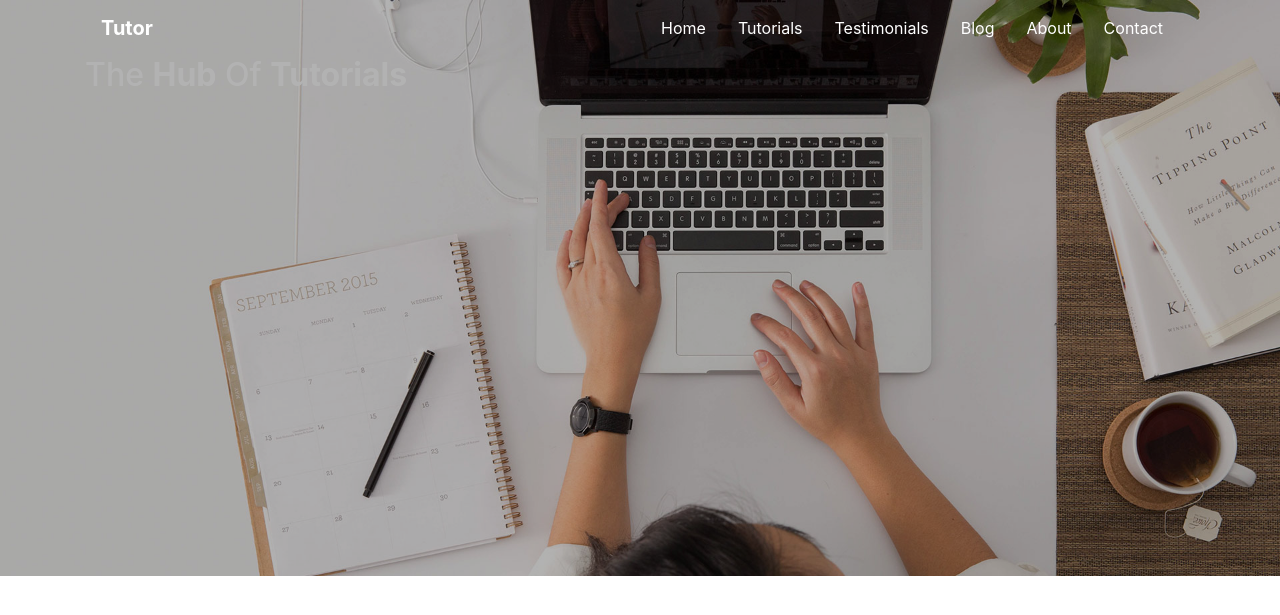
Repository: longvh2003/Tutor
Page: Views/home.html
These files come from the project's save history. The page is drawn as it stood at one moment and after the next save; the edit follows.
The browser window is 1280 px wide. The pictures show the whole page.
Some web libraries are served in a nearby version.

Above is the page before, as saved 2020-08-12 16:17:43.

After the next save:
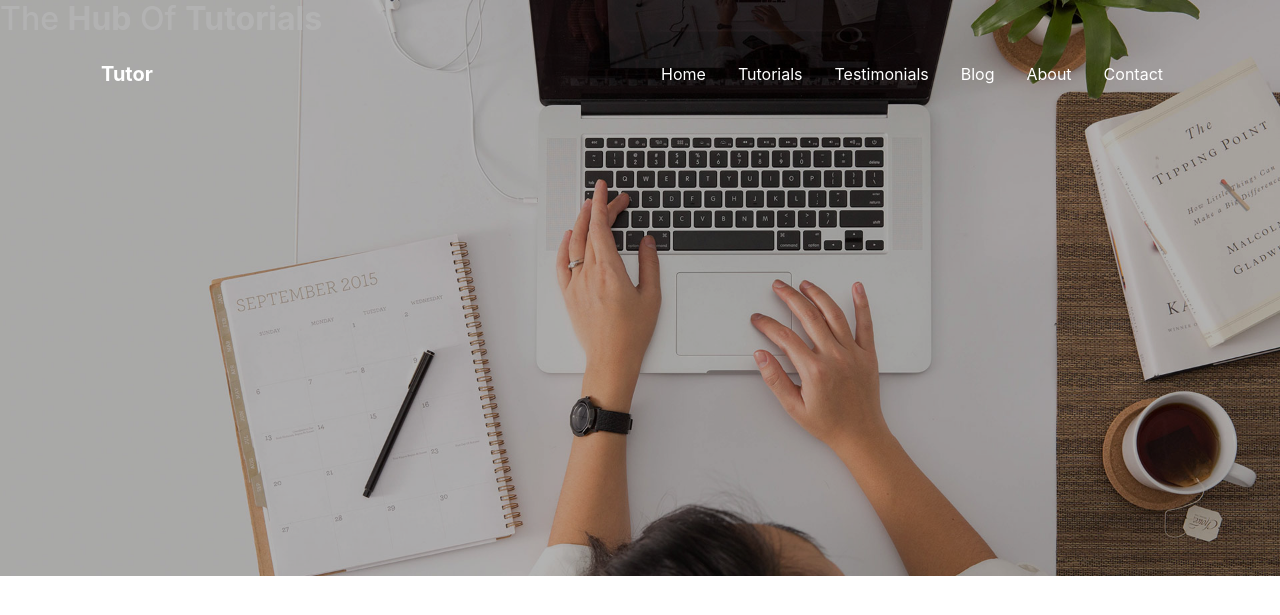
Saved 23 s later.
--- a/Views/home.html
+++ b/Views/home.html
@@ -14,6 +14,9 @@
 <body>
     <section class="header">
         <div class="opacity"></div>
+        <div>
+            <h2 class="text-white">The <strong>Hub</strong> Of <strong>Tutorials</strong></h2>
+        </div>
         <div class="container">
             <nav class="navbar navbar-light">
                 <a class="navbar-brand text-white" href="#"><strong>Tutor</strong></a>
@@ -38,9 +41,7 @@
                     </li>
                 </ul>
             </nav>
-            <div>
-                <h2 class="text-white">The <strong>Hub</strong> Of <strong>Tutorials</strong></h2>
-            </div>
+
         </div>
     </section>
 </body>

After the save that followed:
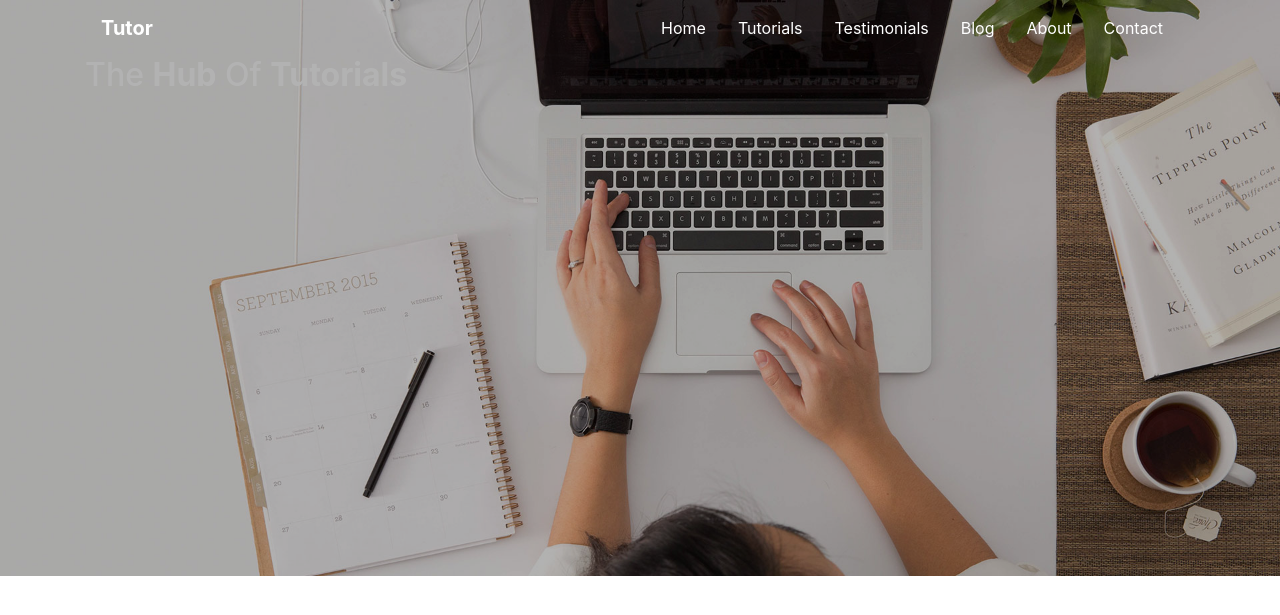
Saved 4 s later.
--- a/Views/home.html
+++ b/Views/home.html
@@ -14,9 +14,6 @@
 <body>
     <section class="header">
         <div class="opacity"></div>
-        <div>
-            <h2 class="text-white">The <strong>Hub</strong> Of <strong>Tutorials</strong></h2>
-        </div>
         <div class="container">
             <nav class="navbar navbar-light">
                 <a class="navbar-brand text-white" href="#"><strong>Tutor</strong></a>
@@ -41,7 +38,9 @@
                     </li>
                 </ul>
             </nav>
-
+            <div>
+                <h2 class="text-white">The <strong>Hub</strong> Of <strong>Tutorials</strong></h2>
+            </div>
         </div>
     </section>
 </body>
